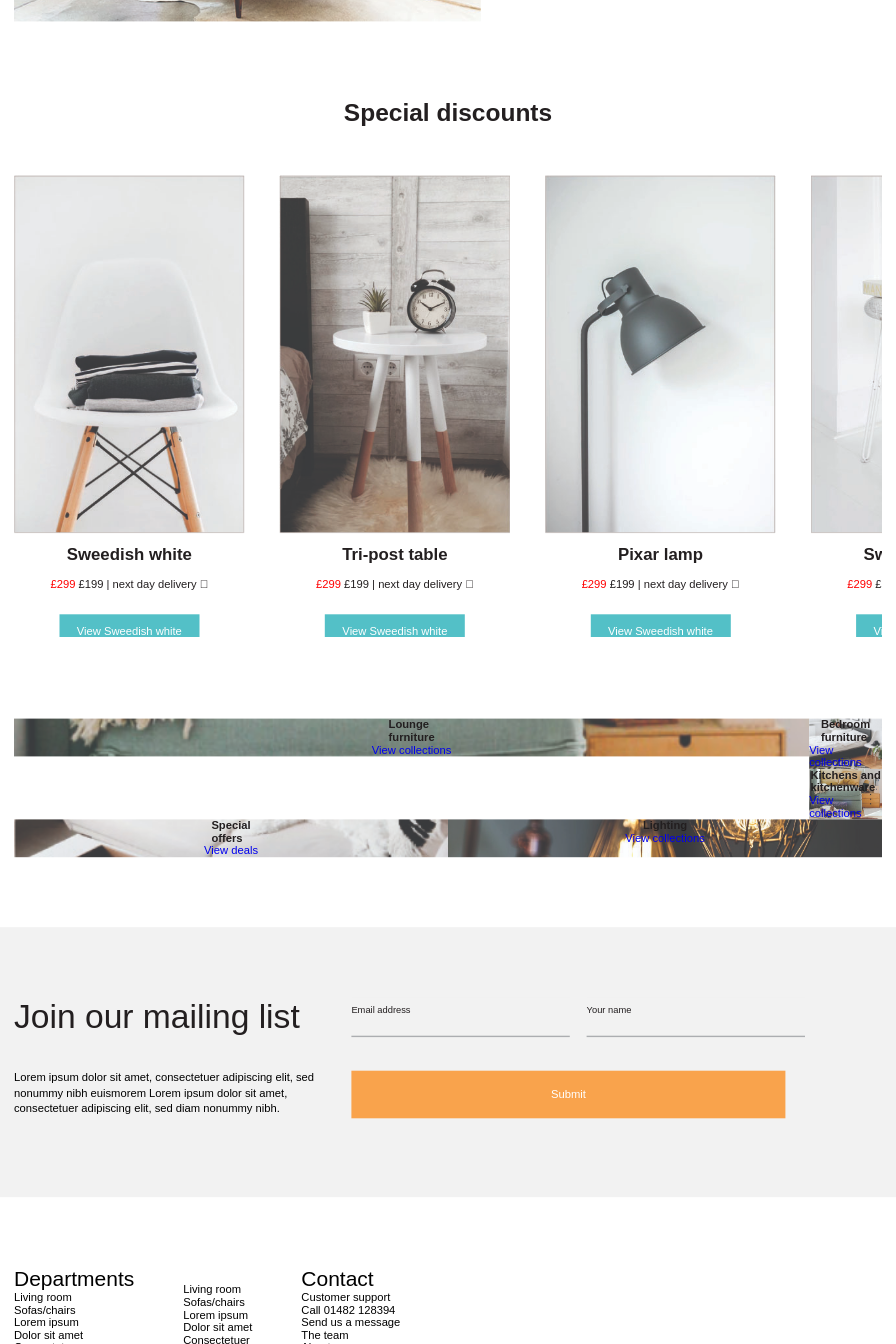
Repository: dinhhaidh/republic-web
Page: index.html
The author's editor kept a copy of each file at every save. The page is drawn from the files as they stood at one save, then again after the next save.
The browser window is 1280 px wide. The pictures show the part of the page from y = 1392 to 3312 px (the page is 3699 px tall before and 3717 px after), at 70% of full size.
Some web fonts or font styles are not loaded; a fallback is used. Some web libraries are served in a nearby version.

Above is the page before, as saved 2024-01-26 09:01:58.

After the next save:
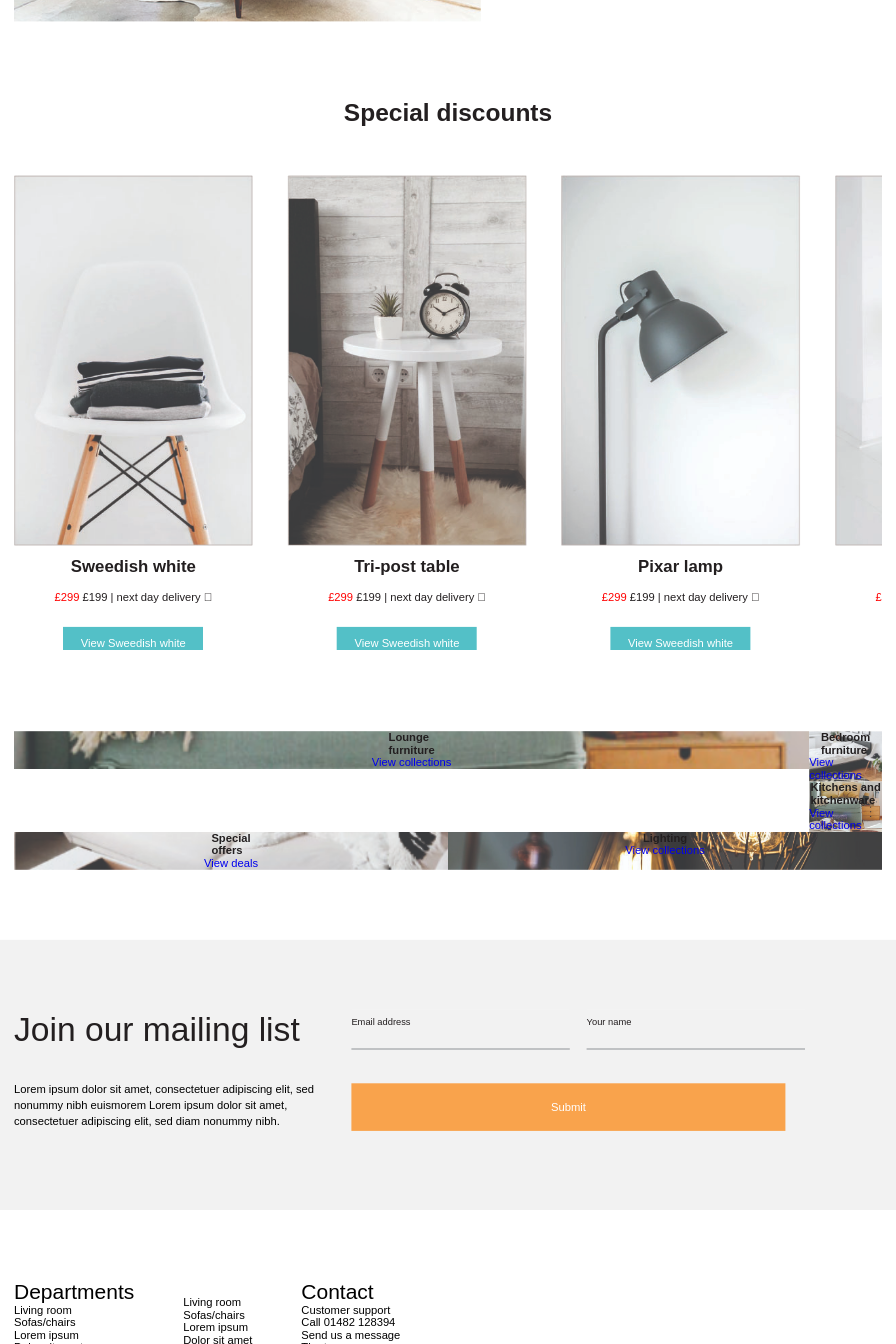
Saved 14 s later.
--- a/js/main.js
+++ b/js/main.js
@@ -55,7 +55,7 @@ var swiperLounge = new Swiper(".lounge__container", {
       spaceBetween: 40,
     },
     1024: {
-      slidesPerView: 3.4,
+      slidesPerView: 3.3,
       spaceBetween: 50,
     },
   },
